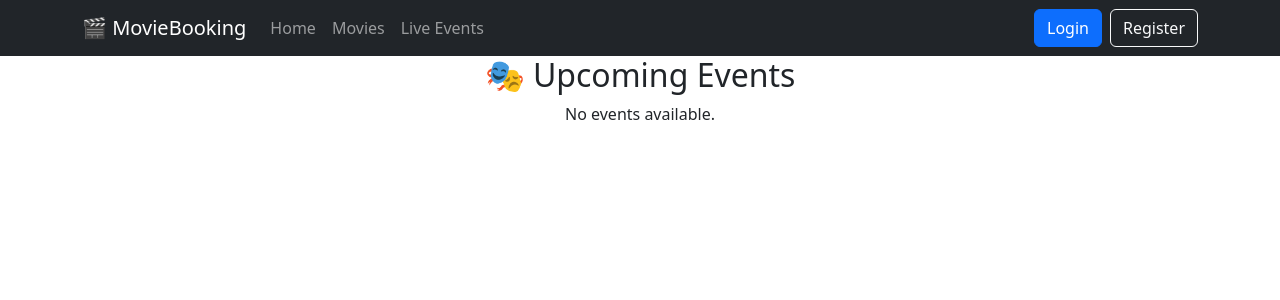
Repository: AshwinUgale/MovieBookingFrontend
Page: /events
These files come from the project's save history. The page is drawn as it stood at one moment and after the next save; the edit follows.
The browser window is 1280 px wide. The pictures show the whole page.
The page's requests for data from a server got no answer. The project was rebuilt for these pictures with package versions that can differ from the ones it lists, and the page was loaded fresh each time. No one was signed in, and anything a server would have sent is missing. Also part of the build but not shown: src/components/HeroSection.js, src/components/TrendingMovies.js, src/components/MovieSearch.js, src/components/GenreSection.js, src/components/Testimonials.js, src/components/CallToAction.js, src/pages/HomePage.js, src/pages/LoginPage.js and 11 more.

Above is the page before, as saved 2025-02-22 21:41:25.

### src/index.js
import React from 'react';
import ReactDOM from 'react-dom/client';
import 'bootstrap/dist/css/bootstrap.min.css';


import App from './App';


const root = ReactDOM.createRoot(document.getElementById('root'));
root.render(
  <React.StrictMode>
    <App />
  </React.StrictMode>
);

### src/App.js
import { BrowserRouter as Router, Routes, Route } from "react-router-dom";
import HomePage from "./pages/HomePage";
import LoginPage from "./pages/LoginPage";
import RegisterPage from "./pages/RegisterPage";
import DashboardPage from "./pages/DashboardPage";
import PrivateRoute from "./utils/PrivateRoute";
import MovieList from "./pages/MovieList";
import ShowtimesPage from "./pages/ShowtimesPage";
import AdminMoviePage from "./pages/AdminMoviePage";
import AdminShowtimePage from "./pages/AdminShowtimePage";
import ShowtimePage from "./pages/ShowtimePage";
import PaymentPage from "./pages/PaymentPage";
import BookingHistoryPage from "./pages/BookingHistoryPage";
import CustomNavbar from "./components/Navbar";
import AuthProvider from "./context/AuthContext";
import Events from "./pages/Events";


function App() {
  return (
    <AuthProvider>
    <Router>
      <CustomNavbar/>
      <Routes>
        {/* Public Routes */}
        <Route path="/" element={<HomePage />} />
        <Route path="/login" element={<LoginPage />} />
        <Route path="/register" element={<RegisterPage />} />
        <Route path="/movies" element={<MovieList />} />  {/* ✅ Updated path */}
        <Route path="/events" element={<Events />} />
        <Route path="/showtimes/:movieId" element={<ShowtimesPage />} />  {/* ✅ Updated path */}
        <Route path="/showtime/:showtimeId" element={<ShowtimePage />} />
        <Route path="/payment/:bookingId" element={<PaymentPage />} />

        {/* Protected Routes */}
        <Route path="/dashboard" element={<PrivateRoute component={DashboardPage} />} />
        <Route path="/admin/movies" element={<PrivateRoute component={AdminMoviePage} />} />
        <Route path="/admin/showtimes" element={<PrivateRoute component={AdminShowtimePage} />} />
        <Route path="/bookings" element={<PrivateRoute component={BookingHistoryPage} />} />
      </Routes>
    </Router>
    </AuthProvider>
  );
}

export default App;

### src/components/Navbar.js
import { Link } from "react-router-dom";
import { useContext } from "react";
import { AuthContext } from "../context/AuthContext"; // ✅ Import AuthContext
import { Navbar, Nav, Container, Button } from "react-bootstrap"; // ✅ Import Bootstrap components

const CustomNavbar = () => {
    const { isAuthenticated, logout } = useContext(AuthContext); // ✅ Use authentication state

    return (
        <Navbar bg="dark" variant="dark" expand="lg">
            <Container>
                <Navbar.Brand as={Link} to="/">🎬 MovieBooking</Navbar.Brand>
                <Navbar.Toggle aria-controls="basic-navbar-nav" />
                <Navbar.Collapse id="basic-navbar-nav">
                    <Nav className="me-auto">
                        <Nav.Link as={Link} to="/">Home</Nav.Link>
                        <Nav.Link as={Link} to="/movies">Movies</Nav.Link>
                        <Nav.Link as={Link} to="/events">Live Events</Nav.Link>
                        {isAuthenticated && <Nav.Link as={Link} to="/bookings">My Bookings</Nav.Link>}
                    </Nav>
                    <Nav>
                        {!isAuthenticated ? (
                            <>
                                <Button variant="primary" as={Link} to="/login" className="mx-2">Login</Button>
                                <Button variant="outline-light" as={Link} to="/register">Register</Button>
                            </>
                        ) : (
                            <Button variant="outline-light" onClick={logout}>Logout</Button>
                        )}
                    </Nav>
                </Navbar.Collapse>
            </Container>
        </Navbar>
    );
};

export default CustomNavbar;

### src/context/AuthContext.js
import { createContext, useState, useEffect } from "react";

export const AuthContext = createContext();

const AuthProvider = ({ children }) => {
    const [isAuthenticated, setIsAuthenticated] = useState(!!localStorage.getItem("token"));

    useEffect(() => {
        const handleStorageChange = () => {
            setIsAuthenticated(!!localStorage.getItem("token"));
        };

        window.addEventListener("storage", handleStorageChange);

        return () => {
            window.removeEventListener("storage", handleStorageChange);
        };
    }, []);

    const login = (token) => {
        localStorage.setItem("token", token);
        setIsAuthenticated(true);
    };

    const logout = () => {
        localStorage.removeItem("token");
        setIsAuthenticated(false);
    };

    return (
        <AuthContext.Provider value={{ isAuthenticated, login, logout }}>
            {children}
        </AuthContext.Provider>
    );
};

export default AuthProvider;

### src/pages/Events.js
import React, { useEffect, useState } from "react";
import { fetchEvents } from "../services/api";

const Events = () => {
  const [events, setEvents] = useState([]);
  const [loading, setLoading] = useState(true);

  useEffect(() => {
    const getEvents = async () => {
      const data = await fetchEvents();
      setEvents(data);
      setLoading(false);
    };

    getEvents();
  }, []);

  if (loading) {
    return <div className="text-center text-xl font-bold mt-10">Loading Events...</div>;
  }

  return (
    <div className="container mx-auto px-4 py-6">
      <h2 className="text-3xl font-bold text-center mb-8">🎭 Upcoming Events</h2>

      <div className="grid grid-cols-1 sm:grid-cols-2 md:grid-cols-3 lg:grid-cols-4 gap-6">
        {events.length > 0 ? (
          events.map((event) => (
            <div key={event.id} className="bg-white border rounded-lg shadow-lg overflow-hidden">
              {/* Event Image */}
              <img src={event.image} alt={event.name} className="w-full h-52 object-cover" />

              {/* Event Details */}
              <div className="p-4">
                <h3 className="text-xl font-semibold text-gray-800">{event.name}</h3>
                <p className="text-gray-600 mt-1">
                  📍 <span className="font-medium">{event.venue}</span>
                </p>
                <p className="text-gray-600 mt-1">
                  🗓 <span className="font-medium">{event.date}</span>
                </p>
                <p className="text-gray-600 mt-1">
                  ⏰ <span className="font-medium">{event.time || "TBA"}</span>
                </p>

                {/* Button to view more details */}
                <a
                  href={event.url}
                  target="_blank"
                  rel="noopener noreferrer"
                  className="block text-center mt-4 bg-blue-500 text-white py-2 rounded hover:bg-blue-600 transition duration-200"
                >
                  View Details
                </a>
              </div>
            </div>
          ))
        ) : (
          <p className="text-center col-span-full text-lg text-gray-500">No events available.</p>
        )}
      </div>
    </div>
  );
};

export default Events;

### src/services/api.js
import axios from "axios";

const api = axios.create({
  baseURL: "http://localhost:5000/api",
  headers: {
    "Content-Type": "application/json",
  },
});


api.interceptors.request.use((config) => {
  const token = localStorage.getItem("token");
  if (token) {
    config.headers.Authorization = `Bearer ${token}`;
  }
  return config;
});

export const fetchMovies = async () => {
  const response = await api.get("/movies");
  return response.data;
};


export const fetchShowtimes = async (movieId) => {
  const response = await api.get(`/showtimes?movie=${movieId}`);
  return response.data;
};

export const addMovie = async (movieData) => {
  const token = localStorage.getItem("token");
  const response = await api.post("/movies", movieData, {
    headers: { Authorization: `Bearer ${token}` },
  });
  return response.data;
};

export const addShowtime = async (showtimeData) => {
  const token = localStorage.getItem("token");
  const response = await api.post("/showtimes", showtimeData, {
    headers: { Authorization: `Bearer ${token}` },
  });
  return response.data;
};


export const fetchSeats = async (showtimeId) => {
  try {
    const response = await api.get(`/showtimes/${showtimeId}`);
    return response.data.availableSeats;
  } catch (error) {
    console.error("Error fetching seats:", error);
    throw error;
  }
};


export const bookSeats = async (showtimeId, seats) => {
  try {
    const response = await api.post("/bookings", { showtimeId, seats });
    return response.data;
  } catch (error) {
    console.error("Error booking seats:", error);
    throw error;
  }
};

export const mockPayment = async (bookingId) => {
  try {
      const response = await api.post("/payments/pay", { bookingId });
      return response.data;
  } catch (error) {
      console.error("Error processing mock payment:", error);
      throw error;
  }
};

export const fetchBookingHistory = async () => {
  try {
      const response = await api.get("/bookings/history");  // GET request
      return response.data;
  } catch (error) {
      console.error("Error fetching booking history:", error);
      throw error;
  }
};


export const cancelBooking = async (bookingId) => {
  try {
      const response = await api.delete(`/bookings/${bookingId}`); // DELETE request
      return response.data;
  } catch (error) {
      console.error("Error canceling booking:", error);
      throw error;
  }
};


export const fetchEvents = async () => {
  try {
    const response = await api.get("/ticketmaster/events");
    return response.data;
  } catch (error) {
    console.error("Error fetching live events:", error.response?.data || error.message);
    return [];
  }
};


export default api;

Loaded but not shown: public/index.html (common file)

After the next save:
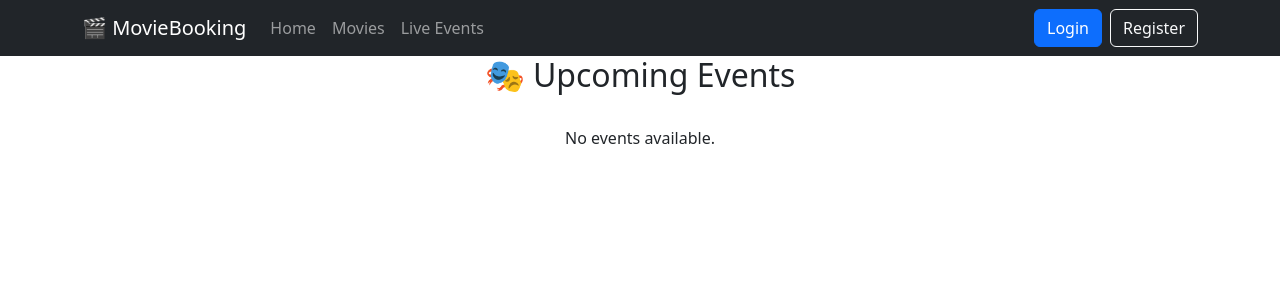
Saved 70 s later.
--- a/src/pages/Events.js
+++ b/src/pages/Events.js
@@ -21,42 +21,27 @@
 
   return (
     <div className="container mx-auto px-4 py-6">
-      <h2 className="text-3xl font-bold text-center mb-8">🎭 Upcoming Events</h2>
+      <h2 className="text-3xl font-bold text-center mb-6">🎭 Upcoming Events</h2>
 
-      <div className="grid grid-cols-1 sm:grid-cols-2 md:grid-cols-3 lg:grid-cols-4 gap-6">
+      {/* Horizontal Scrollable Container */}
+      <div className="flex overflow-x-auto space-x-4 py-4 scrollbar-hide">
         {events.length > 0 ? (
           events.map((event) => (
-            <div key={event.id} className="bg-white border rounded-lg shadow-lg overflow-hidden">
+            <div key={event.id} className="min-w-[200px] w-48 bg-white border rounded-lg shadow-md overflow-hidden">
               {/* Event Image */}
-              <img src={event.image} alt={event.name} className="w-full h-52 object-cover" />
+              <img src={event.image} alt={event.name} className="w-full h-32 object-cover" />
 
               {/* Event Details */}
-              <div className="p-4">
-                <h3 className="text-xl font-semibold text-gray-800">{event.name}</h3>
-                <p className="text-gray-600 mt-1">
-                  📍 <span className="font-medium">{event.venue}</span>
-                </p>
-                <p className="text-gray-600 mt-1">
-                  🗓 <span className="font-medium">{event.date}</span>
-                </p>
-                <p className="text-gray-600 mt-1">
-                  ⏰ <span className="font-medium">{event.time || "TBA"}</span>
-                </p>
-
-                {/* Button to view more details */}
-                <a
-                  href={event.url}
-                  target="_blank"
-                  rel="noopener noreferrer"
-                  className="block text-center mt-4 bg-blue-500 text-white py-2 rounded hover:bg-blue-600 transition duration-200"
-                >
-                  View Details
-                </a>
+              <div className="p-2">
+                <h3 className="text-sm font-semibold text-gray-800 truncate">{event.name}</h3>
+                <p className="text-xs text-gray-600 mt-1 truncate">📍 {event.venue}</p>
+                <p className="text-xs text-gray-600 mt-1">🗓 {event.date}</p>
+                <p className="text-xs text-gray-600 mt-1">⏰ {event.time || "TBA"}</p>
               </div>
             </div>
           ))
         ) : (
-          <p className="text-center col-span-full text-lg text-gray-500">No events available.</p>
+          <p className="text-center text-lg text-gray-500">No events available.</p>
         )}
       </div>
     </div>

After the save that followed:
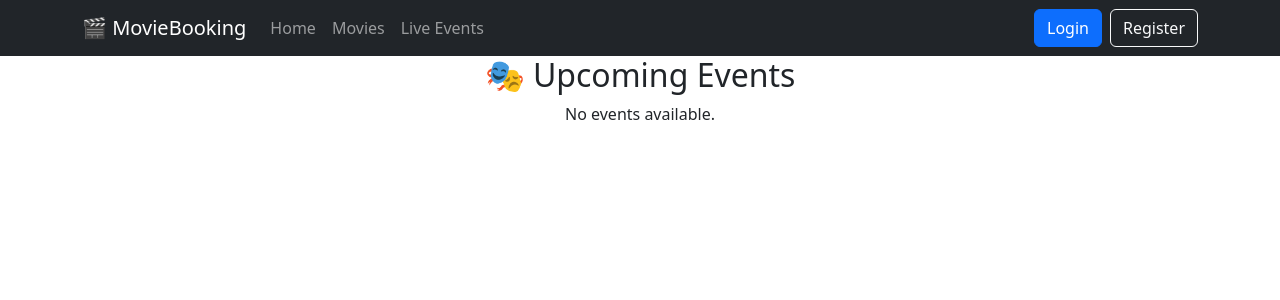
Saved 81 s later.
--- a/src/pages/Events.js
+++ b/src/pages/Events.js
@@ -23,13 +23,13 @@
     <div className="container mx-auto px-4 py-6">
       <h2 className="text-3xl font-bold text-center mb-6">🎭 Upcoming Events</h2>
 
-      {/* Horizontal Scrollable Container */}
-      <div className="flex overflow-x-auto space-x-4 py-4 scrollbar-hide">
+      {/* Grid layout for multiple rows */}
+      <div className="grid grid-cols-2 sm:grid-cols-3 md:grid-cols-4 lg:grid-cols-5 gap-4">
         {events.length > 0 ? (
           events.map((event) => (
-            <div key={event.id} className="min-w-[200px] w-48 bg-white border rounded-lg shadow-md overflow-hidden">
+            <div key={event.id} className="bg-white border rounded-lg shadow-md overflow-hidden">
               {/* Event Image */}
-              <img src={event.image} alt={event.name} className="w-full h-32 object-cover" />
+              <img src={event.image} alt={event.name} className="w-full h-40 object-cover" />
 
               {/* Event Details */}
               <div className="p-2">
@@ -37,11 +37,21 @@
                 <p className="text-xs text-gray-600 mt-1 truncate">📍 {event.venue}</p>
                 <p className="text-xs text-gray-600 mt-1">🗓 {event.date}</p>
                 <p className="text-xs text-gray-600 mt-1">⏰ {event.time || "TBA"}</p>
+
+                {/* View Details Link */}
+                <a
+                  href={event.url}
+                  target="_blank"
+                  rel="noopener noreferrer"
+                  className="block text-center mt-2 text-blue-500 hover:underline text-xs"
+                >
+                  View Details
+                </a>
               </div>
             </div>
           ))
         ) : (
-          <p className="text-center text-lg text-gray-500">No events available.</p>
+          <p className="text-center text-lg text-gray-500 col-span-full">No events available.</p>
         )}
       </div>
     </div>
